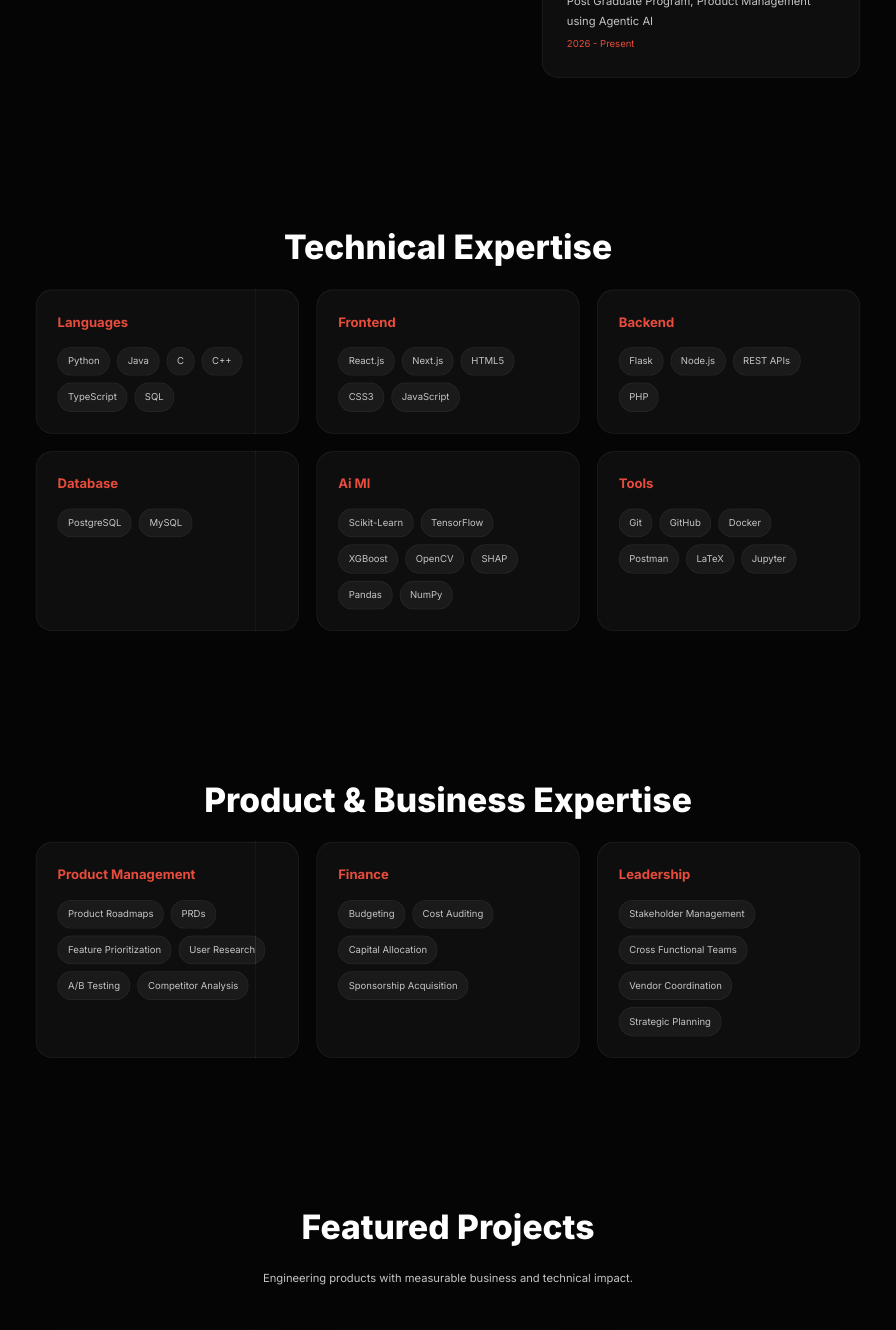
Repository: PratapOP/Official_Portfolio
Page: http://localhost/
These files come from the project's save history. The page is drawn as it stood at one moment and after the next save; the edit follows.
The browser window is 1280 px wide. The pictures show the part of the page from y = 2542 to 4442 px (the page is 8178 px tall before and 8229 px after), at 70% of full size.
Pictures or frames that could not be fetched are drawn as grey boxes. The page is run by PHP 8.4 with error messages shown; the project is at /var/www/html/.

Above is the page before, as saved 2026-06-08 15:25:33.

### index.php
<?php

$pageTitle = "Abhiuday Pratap Singh | AI Engineer | Product Strategist";

require_once 'includes/header.php';

$data = getPortfolio();

?>

<?php include 'includes/navbar.php'; ?>

<!-- =====================================================
 HERO SECTION
===================================================== -->

<section
    class="hero-section"
    id="home">

    <!-- Background Effects -->

    <div class="hero-grid"></div>

    <canvas
        id="particle-canvas">
    </canvas>

    <!-- Floating Glow -->

    <div class="hero-glow hero-glow-1"></div>
    <div class="hero-glow hero-glow-2"></div>

    <div class="hero-container">

        <!-- Left Content -->

        <div class="hero-content">

            <span class="hero-badge">

                AVAILABLE FOR INTERNSHIPS & OPPORTUNITIES

            </span>

            <h1 class="hero-title">

                Hi, I'm

                <span class="hero-name">
                    <?= htmlspecialchars($data['personal']['name']) ?>
                </span>

            </h1>

            <h2 class="hero-role">

                <span id="typewriter"></span>

                <span class="cursor-blink">|</span>

            </h2>

            <p class="hero-description">

                <?= htmlspecialchars($data['about']['summary']) ?>

            </p>

            <!-- CTA Buttons -->

            <div class="hero-actions">

                <a
                    href="#projects"
                    class="primary-btn">

                    Explore Projects

                </a>

                <a
                    href="#resume-hub"
                    class="secondary-btn">

                    Download Resume

                </a>

            </div>

            <!-- Social Links -->

            <div class="hero-socials">

                <a
                    href="<?= $data['socials']['github'] ?>"
                    target="_blank">

                    <i class="fab fa-github"></i>

                </a>

                <a
                    href="<?= $data['socials']['linkedin'] ?>"
                    target="_blank">

                    <i class="fab fa-linkedin"></i>

                </a>

                <a
                    href="<?= $data['socials']['leetcode'] ?>"
                    target="_blank">

                    <i class="fas fa-code"></i>

                </a>

            </div>

        </div>

        <!-- Right Side -->

        <div class="hero-image-container">

            <div class="hero-image-card">

                <img
                    src="<?= $data['personal']['profile_image'] ?>"
                    alt="<?= htmlspecialchars($data['personal']['name']) ?>"
                    class="hero-image">

            </div>

        </div>

    </div>

</section>

<!-- =====================================================
 RECRUITER VIEW SECTION
===================================================== -->

<section class="recruiter-view-section">

    <div class="section-container">

        <h2 class="section-heading">

            Choose Your View

        </h2>

        <p class="section-subheading">

            Different recruiters seek different strengths.
            Choose the perspective most relevant to you.

        </p>

        <div class="view-grid">

            <?php foreach ($data['recruiter_views'] as $key => $view): ?>

                <div
                    class="view-card"
                    data-view="<?= $key ?>">

                    <h3>

                        <?= htmlspecialchars($view['title']) ?>

                    </h3>

                    <p>

                        <?= htmlspecialchars($view['description']) ?>

                    </p>

                </div>

            <?php endforeach; ?>

        </div>

    </div>

</section>

<!-- =====================================================
 IMPACT METRICS
===================================================== -->

<section
    class="impact-preview"
    id="impact">

    <div class="section-container">

        <div class="impact-grid">

            <?php foreach ($data['hero_stats'] as $stat): ?>

                <div class="impact-card">

                    <h3>

                        <?= htmlspecialchars($stat['value']) ?>

                    </h3>

                    <p>

                        <?= htmlspecialchars($stat['label']) ?>

                    </p>

                </div>

            <?php endforeach; ?>

        </div>

    </div>

</section>

<!-- =====================================================
 ABOUT
===================================================== -->

<section id="about">

    <div class="section-container">

        <h2 class="section-heading">

            About Me

        </h2>

        <p class="section-subheading">

            A unique combination of Artificial Intelligence,
            Product Strategy, Leadership, Finance, and
            Full Stack Engineering.

        </p>

        <div class="about-grid">

            <div class="about-content">

                <p>

                    <?= htmlspecialchars(
                        $data['about']['summary']
                    ) ?>

                </p>

            </div>

            <div class="education-card">

                <h3>Education</h3>

                <?php foreach($data['education'] as $edu): ?>

                    <div class="education-item">

                        <h4>

                            <?= htmlspecialchars(
                                $edu['institution']
                            ) ?>

                        </h4>

                        <p>

                            <?= htmlspecialchars(
                                $edu['degree']
                            ) ?>

                        </p>

                        <span>

                            <?= htmlspecialchars(
                                $edu['duration']
                            ) ?>

                        </span>

                    </div>

                <?php endforeach; ?>

            </div>

        </div>

    </div>

</section>

<!-- =====================================================
 TECHNICAL SKILLS
===================================================== -->

<section
    id="technical-skills"
    class="recruiter-section recruiter-technical">

    <div class="section-container">

        <h2 class="section-heading">

            Technical Expertise

        </h2>

        <div class="skills-grid">

            <?php foreach($data['technical_skills'] as $category => $skills): ?>

                <div
                    class="skill-card recruiter-technical">

                    <h3>

                        <?= ucwords(
                            str_replace(
                                "_",
                                " ",
                                $category
                            )
                        ) ?>

                    </h3>

                    <div class="skill-tags">

                        <?php foreach($skills as $skill): ?>

                            <span>

                                <?= htmlspecialchars(
                                    $skill
                                ) ?>

                            </span>

                        <?php endforeach; ?>

                    </div>

                </div>

            <?php endforeach; ?>

        </div>

    </div>

</section>

<!-- =====================================================
 PRODUCT SKILLS
===================================================== -->

<section
    id="business-skills"
    class="recruiter-section recruiter-product">

    <div class="section-container">

        <h2 class="section-heading">

            Product & Business Expertise

        </h2>

        <div class="skills-grid">

            <?php foreach($data['business_skills'] as $category => $skills): ?>

                <div
                    class="skill-card recruiter-product">

                    <h3>

                        <?= ucwords(
                            str_replace(
                                "_",
                                " ",
                                $category
                            )
                        ) ?>

                    </h3>

                    <div class="skill-tags">

                        <?php foreach($skills as $skill): ?>

                            <span>

                                <?= htmlspecialchars(
                                    $skill
                                ) ?>

                            </span>

                        <?php endforeach; ?>

                    </div>

                </div>

            <?php endforeach; ?>

        </div>

    </div>

</section>

<!-- =====================================================
 PROJECTS
===================================================== -->

<section
    id="projects"
    class="recruiter-section recruiter-complete recruiter-technical">

    <div class="section-container">

        <h2 class="section-heading">

            Featured Projects

        </h2>

        <p class="section-subheading">

            Engineering products with measurable
            business and technical impact.

        </p>

        <div class="projects-grid">

            <?php foreach($data['featured_projects'] as $project): ?>

                <div
                class="project-card project-trigger"
                data-title="<?= htmlspecialchars($project['title']) ?>"
                data-category="<?= htmlspecialchars($project['category']) ?>"
                data-description="<?= htmlspecialchars($project['description']) ?>"
                data-github="<?= htmlspecialchars($project['github']) ?>">

                    <div class="project-image">

                        <img
                            src="<?= $project['image'] ?>"
                            alt="<?= htmlspecialchars(
                                $project['title']
                            ) ?>">

                    </div>

                    <div class="project-content">

                        <span class="project-category">

                            <?= htmlspecialchars(
                                $project['category']
                            ) ?>

                        </span>

                        <h3>

                            <?= htmlspecialchars(
                                $project['title']
                            ) ?>

                        </h3>

                        <p>

                            <?= htmlspecialchars(
                                $project['description']
                            ) ?>

                        </p>

                        <a
                            href="<?= $project['github'] ?>"
                            target="_blank"
                            class="project-btn">

                            View Project

                        </a>

                    </div>

                </div>

            <?php endforeach; ?>

        </div>

    </div>

</section>

<!-- =====================================================
 LEADERSHIP
===================================================== -->

<section
    id="leadership"
    class="recruiter-section recruiter-product">

    <div class="section-container">

        <h2 class="section-heading">

            Leadership & Impact

        </h2>

        <div class="leadership-card">

            <h3>

                <?= htmlspecialchars(
                    $data['leadership']['position']
                ) ?>

            </h3>

            <h4>

                <?= htmlspecialchars(
                    $data['leadership']['organization']
                ) ?>

            </h4>

            <span>

                <?= htmlspecialchars(
                    $data['leadership']['duration']
                ) ?>

            </span>

            <ul>

                <?php foreach(
                    $data['leadership']['highlights']
                    as $item
                ): ?>

                    <li>

                        <?= htmlspecialchars(
                            $item
                        ) ?>

                    </li>

                <?php endforeach; ?>

            </ul>

        </div>

    </div>

</section>

<!-- =====================================================
 RESUME HUB
===================================================== -->

<section id="resume-hub">

    <div class="section-container">

        <h2 class="section-heading">

            Resume Hub

        </h2>

        <div class="resume-grid">

            <?php foreach($data['resumes'] as $resume): ?>

                <a
                    href="<?= $resume['file'] ?>"
                    target="_blank"
                    class="resume-card">

                    <i class="fa-solid fa-file-pdf"></i>

                    <h3>

                        <?= htmlspecialchars(
                            $resume['title']
                        ) ?>

                    </h3>

                </a>

            <?php endforeach; ?>

        </div>

    </div>

</section>

<!-- =====================================================
 CONTACT
===================================================== -->

<section id="contact">

    <div class="section-container">

        <h2 class="section-heading">

            Let's Build Something Great

        </h2>

        <p class="section-subheading">

            Open to internships, product roles,
            AI opportunities, collaborations,
            startup ideas, and innovative projects.

        </p>

        <form
            id="contact-form"
            class="contact-card">

            <h3>

                Let's Connect

            </h3>

            <p>

                Have an opportunity,
                collaboration,
                internship,
                startup idea,
                or project?

            </p>

            <div class="form-group">

                <input
                    type="text"
                    name="name"
                    placeholder="Your Name"
                    required>

            </div>

            <div class="form-group">

                <input
                    type="email"
                    name="email"
                    placeholder="Your Email"
                    required>

            </div>

            <div class="form-group">

                <textarea
                    name="message"
                    rows="6"
                    placeholder="Tell me about your opportunity..."
                    required></textarea>

            </div>

            <div class="contact-actions">

                <button
                    type="submit"
                    class="primary-btn">

                    Send Message

                </button>

                <a
                    href="mailto:<?= $data['personal']['email'] ?>"
                    class="secondary-btn">

                    Email Directly

                </a>

                <a
                    href="<?= $data['socials']['linkedin'] ?>"
                    target="_blank"
                    class="secondary-btn">

                    LinkedIn

                </a>

            </div>

            <p id="form-response"></p>

        </form>

    </div>

</section>

<!-- =====================================================
 JS DATA FOR TYPEWRITER
===================================================== -->

<script>

const roles = [

    "AI Engineer",
    "Machine Learning Engineer",
    "Full Stack Developer",
    "Product Strategist",
    "Finance Leader"

];

</script>

<!-- =====================================================
 PROJECT MODAL
===================================================== -->

<div
    id="project-modal"
    class="project-modal">

    <div class="project-modal-content">

        <button
            id="modal-close"
            class="modal-close">

            ×

        </button>

        <div id="modal-body">

        </div>

    </div>

</div>

<!-- Main JS -->

<script src="assets/js/main.js"></script>
<script src="assets/js/particles.js"></script>

<?php include 'includes/footer.php'; ?>

### includes/config.php
<?php

/*
|--------------------------------------------------------------------------
| Portfolio Configuration Loader
|--------------------------------------------------------------------------
| Loads portfolio.json once and makes data available globally.
|--------------------------------------------------------------------------
*/

define('ROOT_PATH', dirname(__DIR__));

$jsonFile = ROOT_PATH . '/data/portfolio.json';

if (!file_exists($jsonFile)) {
    die("portfolio.json not found.");
}

$jsonContent = file_get_contents($jsonFile);

$portfolio = json_decode($jsonContent, true);

if (!$portfolio) {
    die("Invalid JSON format in portfolio.json");
}

/*
|--------------------------------------------------------------------------
| Helper Functions
|--------------------------------------------------------------------------
*/

function asset($path)
{
    return '/' . ltrim($path, '/');
}

function getPortfolio()
{
    global $portfolio;
    return $portfolio;
}

### includes/navbar.php
<?php

require_once __DIR__ . '/config.php';

$data = getPortfolio();

?>

<nav class="navbar" id="navbar">

    <div class="navbar-container">

        <!-- Logo -->

        <a href="index.php" class="logo">
            <span class="logo-accent">A</span>PS
        </a>

        <!-- Desktop Navigation -->

        <ul class="nav-links">

            <li>
                <a href="#home">Home</a>
            </li>

            <li>
                <a href="#about">About</a>
            </li>

            <li>
                <a href="#impact">Impact</a>
            </li>

            <li>
                <a href="#projects">Projects</a>
            </li>

            <li>
                <a href="#leadership">Leadership</a>
            </li>

            <li>
                <a href="#contact">Contact</a>
            </li>

        </ul>

        <!-- Recruiter View Switcher -->

        <div class="recruiter-switcher">

            <button
                class="view-btn active"
                data-view="complete">

                Complete

            </button>

            <button
                class="view-btn"
                data-view="technical">

                Technical

            </button>

            <button
                class="view-btn"
                data-view="product">

                Product

            </button>

        </div>

        <!-- Actions -->

        <div class="nav-actions">

            <a
                href="#resume-hub"
                class="resume-btn">

                <i class="fa-solid fa-file-arrow-down"></i>
                Resume Hub

            </a>

            <a
                href="#contact"
                class="contact-btn">

                Let's Talk

            </a>

        </div>

        <!-- Mobile Menu Toggle -->

        <button
            class="mobile-toggle"
            id="mobile-toggle">

            <span></span>
            <span></span>
            <span></span>

        </button>

    </div>

</nav>

<!-- Mobile Menu -->

<div class="mobile-menu" id="mobile-menu">

    <a href="#home">Home</a>

    <a href="#about">About</a>

    <a href="#impact">Impact</a>

    <a href="#projects">Projects</a>

    <a href="#leadership">Leadership</a>

    <a href="#contact">Contact</a>

    <a href="#resume-hub">Resume Hub</a>

</div>

<!-- Scroll Progress -->

<div class="scroll-progress">
    <div
        class="scroll-progress-bar"
        id="scroll-progress-bar">
    </div>
</div>

### includes/footer.php
<?php

$data = getPortfolio();

?>

<footer class="footer">

    <div class="footer-container">

        <!-- Left -->

        <div class="footer-brand">

            <h3>

                <span class="footer-accent">A</span>PS

            </h3>

            <p>

                Building AI Products, Leading Teams,
                and Creating Impact.

            </p>

        </div>

        <!-- Center -->

        <div class="footer-links">

            <h4>Navigation</h4>

            <a href="#home">Home</a>

            <a href="#about">About</a>

            <a href="#projects">Projects</a>

            <a href="#leadership">Leadership</a>

            <a href="#contact">Contact</a>

        </div>

        <!-- Resume -->

        <div class="footer-links">

            <h4>Resume Hub</h4>

            <a href="assets/documents/Resume_AI.pdf" target="_blank">
                AI Resume
            </a>

            <a href="assets/documents/Resume_Product.pdf" target="_blank">
                Product Resume
            </a>

            <a href="assets/documents/Resume_General.pdf" target="_blank">
                General Resume
            </a>

        </div>

        <!-- Social -->

        <div class="footer-links">

            <h4>Connect</h4>

            <a
                href="<?= $data['socials']['github'] ?>"
                target="_blank">

                GitHub

            </a>

            <a
                href="<?= $data['socials']['linkedin'] ?>"
                target="_blank">

                LinkedIn

            </a>

            <a
                href="<?= $data['socials']['leetcode'] ?>"
                target="_blank">

                LeetCode

            </a>

        </div>

    </div>

    <!-- Bottom -->

    <div class="footer-bottom">

        <p>

            © <?= date('Y') ?>

            <?= htmlspecialchars($data['personal']['name']) ?>

            · All Rights Reserved

        </p>

        <p>

            Designed & Developed by APS

        </p>

    </div>

</footer>

</body>
</html>

Loaded but not shown: data/portfolio.json (352 lines, source omitted); assets/js/main.js (518 lines, source omitted); assets/js/particles.js (334 lines, source omitted); assets/css/style.css (1446 lines, source omitted); assets/css/responsive.css (316 lines, source omitted); includes/header.php (109 lines, source omitted); assets/css/animations.css (no stored copy; drawn as an empty file)

After the next save:
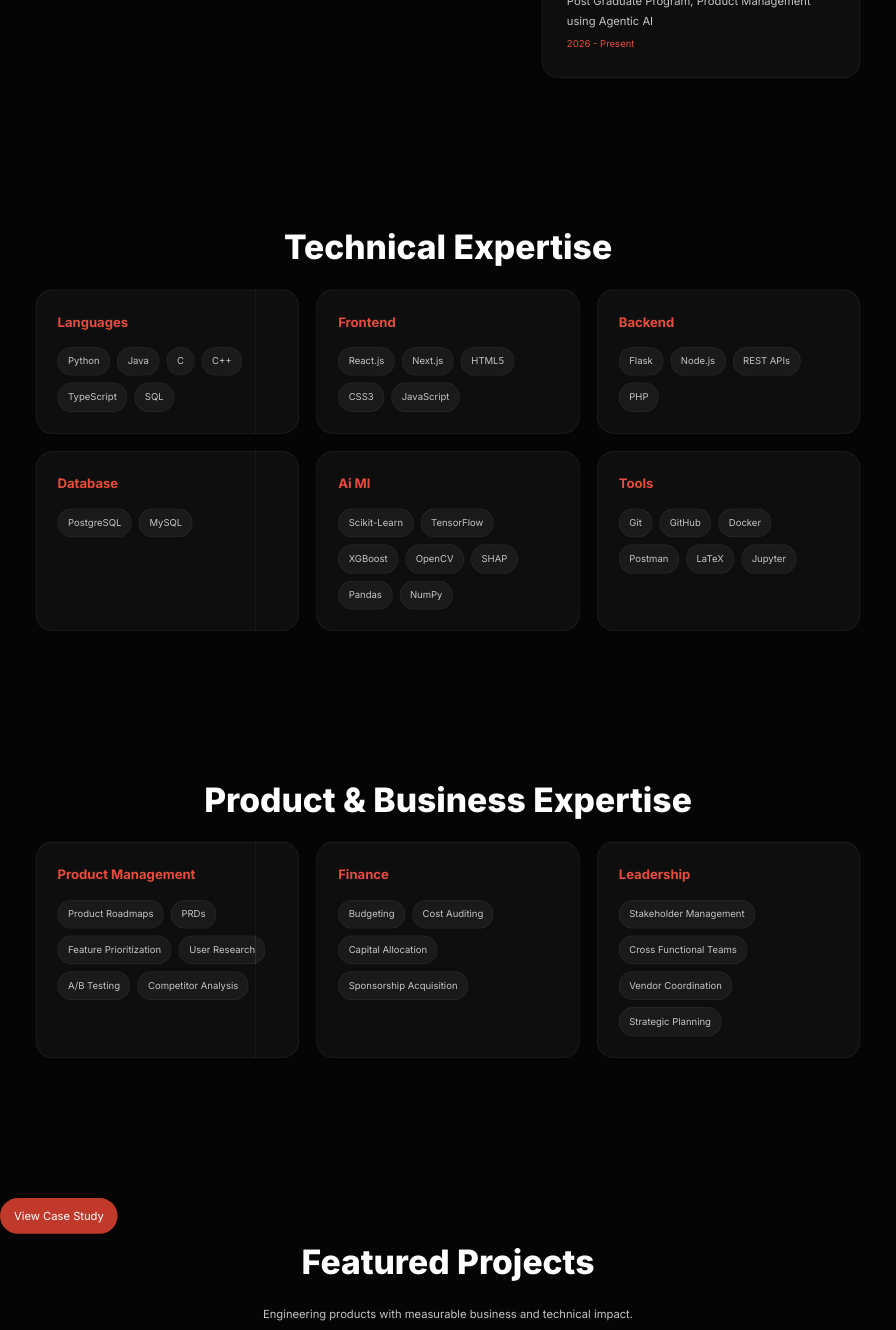
Saved 22 min 3 s later.
--- a/index.php
+++ b/index.php
@@ -439,6 +439,14 @@ $data = getPortfolio();
     id="projects"
     class="recruiter-section recruiter-complete recruiter-technical">
 
+    <a
+    href="project.php?id=<?= $project['id'] ?>"
+    class="project-btn">
+
+    View Case Study
+
+</a>
+
     <div class="section-container">
 
         <h2 class="section-heading">
